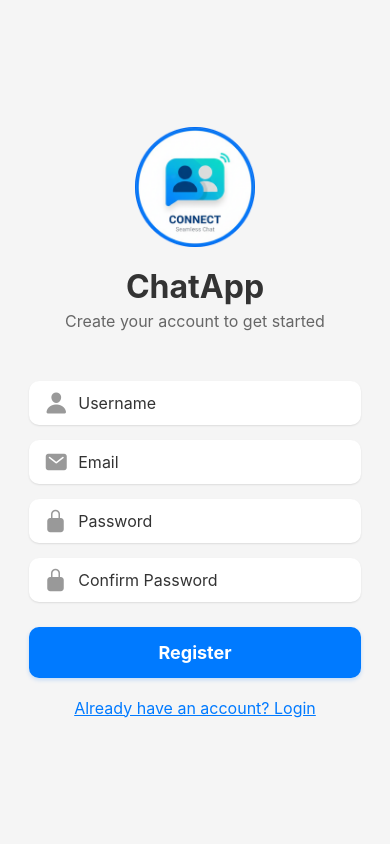
Repository: UdayRaj04/Chatapp_native
Screen: /Register (app in ChatAppFrontend/)
These files come from the project's save history. The screen is drawn as it stood at one moment and after the next save; the edit follows.
The app was drawn by React Native's web renderer in a window 390 px wide. The project was rebuilt for these pictures with package versions that can differ from the ones it lists, and the page was loaded fresh each time. Some packages were replaced by stand-ins written for this rebuild. Also part of the build but not shown: ChatAppFrontend/screens/ChatListScreen.tsx, ChatAppFrontend/screens/ChatScreen.tsx, ChatAppFrontend/screens/SearchScreen.tsx, ChatAppFrontend/screens/AnalyticsScreen.tsx, ChatAppFrontend/screens/HistoryScreen.tsx, ChatAppFrontend/screens/ProfileScreen.tsx.

Above is the screen before, as saved 2025-09-09 17:36:38.

### ChatAppFrontend/App.tsx
import 'react-native-get-random-values';  // Polyfill first
import React from 'react';
import { NavigationContainer } from '@react-navigation/native';
import { createStackNavigator } from '@react-navigation/stack';
import { createBottomTabNavigator } from '@react-navigation/bottom-tabs';
import { Ionicons } from '@expo/vector-icons';
import { LogBox, View } from 'react-native';
import { SafeAreaProvider } from 'react-native-safe-area-context';  // New: For dynamic insets

// Suppress warnings
LogBox.ignoreLogs([
  'Text strings must be rendered within a <Text> component',
  'VirtualizedList: You have a large list that is slow to initial render',
  'Require cycle:',
  /Warning: [A-Za-z ]*Text strings[A-Za-z ]*/,
]);

// Your existing screens
import LoginScreen from './screens/LoginScreen';
import RegisterScreen from './screens/RegisterScreen';
import ChatListScreen from './screens/ChatListScreen';
import ChatScreen from './screens/ChatScreen';

// Placeholder screens (ensure they exist)
import SearchScreen from './screens/SearchScreen';
import AnalyticsScreen from './screens/AnalyticsScreen';
import HistoryScreen from './screens/HistoryScreen';
import ProfileScreen from './screens/ProfileScreen';

const Stack = createStackNavigator();
const Tab = createBottomTabNavigator();

// Main Tab Navigator (enhanced with safe area for no overlap)
function MainTabs() {
  return (
    <Tab.Navigator
      screenOptions={({ route }) => ({
        tabBarIcon: ({ focused, color, size }) => {
          let iconName: keyof typeof Ionicons.glyphMap;

          if (route.name === 'Chats') {
            iconName = focused ? 'home' : 'home-outline';
          } else if (route.name === 'Search') {
            iconName = focused ? 'search' : 'search-outline';
          } else if (route.name === 'Analytics') {
            iconName = focused ? 'analytics' : 'analytics-outline';
          } else if (route.name === 'History') {
            iconName = focused ? 'time' : 'time-outline';
          } else {
            iconName = focused ? 'person' : 'person-outline';
          }

          return <Ionicons name={iconName} size={size} color={color} />;
        },
        tabBarActiveTintColor: '#007AFF',
        tabBarInactiveTintColor: '#8e8e93',
        tabBarStyle: {
          backgroundColor: '#f8f8f8',
          borderTopWidth: 0.5,
          borderTopColor: '#e0e0e0',
          elevation: 8,
          shadowColor: '#000',
          shadowOffset: { width: 0, height: -2 },
          shadowOpacity: 0.1,
          shadowRadius: 4,
          height: 70,  // Increased: Taller tab bar (60 was too tight; 70 + labels)
          paddingBottom: 5,  // Reduced top padding for balance
          paddingTop: 5,
          position: 'absolute',  // Explicit: Ensures absolute positioning
          bottom: 0,  // Pin to bottom
          left: 0,
          right: 0,
          marginBottom: 0,  // No extra margin
        },
        tabBarLabelStyle: {
          fontSize: 10,
          fontWeight: '600',
          marginBottom: 0,  // Tight labels
        },
        headerShown: false,
        lazy: true,
        // New: Apply safe area padding to tab screens (prevents overlap)
        cardStyle: { paddingBottom: 0 },  // No extra card padding
      })}
    >
      <Tab.Screen name="Chats" component={ChatListScreen} options={{ title: 'Home' }} />
      <Tab.Screen name="Search" component={SearchScreen} options={{ title: 'Search' }} />
      <Tab.Screen name="Analytics" component={AnalyticsScreen} options={{ title: 'Analytics' }} />
      <Tab.Screen name="History" component={HistoryScreen} options={{ title: 'History' }} />
      <Tab.Screen name="Profile" component={ProfileScreen} options={{ title: 'Profile' }} />
    </Tab.Navigator>
  );
}

// Main App - Wrapped in SafeAreaProvider
export default function App() {
  return (
    <SafeAreaProvider>  {/* New: Enables useSafeAreaInsets() */}
      <View style={{ flex: 1 }}>
        <NavigationContainer>
          <Stack.Navigator
            initialRouteName="Login"
            screenOptions={{
              headerShown: false,
              cardStyle: { backgroundColor: '#f5f5f5' },
            }}
          >
            <Stack.Screen name="Login" component={LoginScreen} />
            <Stack.Screen name="Register" component={RegisterScreen} />
            <Stack.Screen name="MainTabs" component={MainTabs} />
            <Stack.Screen
              name="Chat"
              component={ChatScreen}
              options={{
                headerShown: true,
                headerTitle: 'Chat',
                headerStyle: { backgroundColor: '#007AFF' },
                headerTintColor: '#fff',
                presentation: 'modal',
                // Hide tabs in chat to avoid overlap
                tabBarStyle: { display: 'none' },
              }}
            />
          </Stack.Navigator>
        </NavigationContainer>
      </View>
    </SafeAreaProvider>
  );
}

### ChatAppFrontend/screens/LoginScreen.tsx
import React, { useState } from 'react';
import {
  View,
  TextInput,
  TouchableOpacity,
  Text,
  StyleSheet,
  Alert,
  ActivityIndicator,
  KeyboardAvoidingView,
  Platform,
  Image,  // New: For logo
} from 'react-native';
import { Ionicons } from '@expo/vector-icons';  // For input icons
import { useSafeAreaInsets } from 'react-native-safe-area-context';  // For insets (provider in App.tsx)
import { useNavigation } from '@react-navigation/native';  // For navigation
import AsyncStorage from '@react-native-async-storage/async-storage';
import axios, { AxiosError } from 'axios';

const API_BASE = 'http://192.168.29.93:5000/api';

interface LoginResponse {
  token: string;
  user: {
    id?: string;
    _id?: string;
    username: string;
    email: string;
  };
}

export default function LoginScreen() {
  const [email, setEmail] = useState<string>('');
  const [password, setPassword] = useState<string>('');
  const [loading, setLoading] = useState<boolean>(false);
  const [emailError, setEmailError] = useState<string>('');
  const [passwordError, setPasswordError] = useState<string>('');
  const navigation = useNavigation<any>();
  const insets = useSafeAreaInsets();  // Use insets from root provider

  const validateEmail = (email: string): boolean => {
    const emailRegex = /^[^\s@]+@[^\s@]+\.[^\s@]+$/;
    if (!email) {
      setEmailError('Email is required');
      return false;
    }
    if (!emailRegex.test(email)) {
      setEmailError('Invalid email format');
      return false;
    }
    setEmailError('');
    return true;
  };

  const validatePassword = (password: string): boolean => {
    if (!password) {
      setPasswordError('Password is required');
      return false;
    }
    if (password.length < 6) {
      setPasswordError('Password must be at least 6 characters');
      return false;
    }
    setPasswordError('');
    return true;
  };

  const handleLogin = async (): Promise<void> => {
    if (!validateEmail(email) || !validatePassword(password)) return;

    setLoading(true);
    try {
      const response = await axios.post<LoginResponse>(`${API_BASE}/auth/login`, {
        email,
        password,
      });
      await AsyncStorage.setItem('token', response.data.token);
      await AsyncStorage.setItem('user', JSON.stringify(response.data.user));
      navigation.replace('MainTabs');  // Navigate to tabs on success
    } catch (err) {
      const error = err as AxiosError;
      Alert.alert('Login Failed', error.response?.data?.error || 'Invalid credentials');
    } finally {
      setLoading(false);
    }
  };

  return (
    <KeyboardAvoidingView
      style={[styles.container, { paddingTop: insets.top }]}
      behavior={Platform.OS === 'ios' ? 'padding' : 'height'}
      enabled={true}
    >
      {/* Title with Logo */}
      <View style={styles.titleContainer}>
        {/* New: Bigger Logo */}
        <Image
          source={require('../assets/logos.png')}  // Adjust path if needed (e.g., '../../assets/logo.png')
          style={styles.logo}
          resizeMode="contain"
        />
        <Text style={styles.title}>Seamless Chat</Text>
        <Text style={styles.subtitle}>Welcome back! Sign in to continue</Text>
      </View>

      {/* Form */}
      <View style={styles.formContainer}>
        {/* Email Input */}
        <View style={styles.inputContainer}>
          <Ionicons name="mail" size={24} color="#999" style={styles.inputIcon} />
          <TextInput
            style={[styles.input, emailError ? styles.inputError : null]}
            value={email}
            onChangeText={(text) => {
              setEmail(text);
              if (emailError) validateEmail(text);
            }}
            placeholder="Email"
            keyboardType="email-address"
            autoCapitalize="none"
            onBlur={() => validateEmail(email)}
          />
        </View>
        {emailError ? <Text style={styles.errorText}>{emailError}</Text> : null}

        {/* Password Input */}
        <View style={styles.inputContainer}>
          <Ionicons name="lock-closed" size={24} color="#999" style={styles.inputIcon} />
          <TextInput
            style={[styles.input, passwordError ? styles.inputError : null]}
            value={password}
            onChangeText={(text) => {
              setPassword(text);
              if (passwordError) validatePassword(text);
            }}
            placeholder="Password"
            secureTextEntry={true}
            onBlur={() => validatePassword(password)}
          />
        </View>
        {passwordError ? <Text style={styles.errorText}>{passwordError}</Text> : null}

        {/* Login Button */}
        <TouchableOpacity
          style={[styles.button, loading ? styles.buttonDisabled : null]}
          onPress={handleLogin}
          disabled={loading}
          activeOpacity={0.7}
        >
          {loading ? (
            <ActivityIndicator size="small" color="#fff" />
          ) : (
            <Text style={styles.buttonText}>Login</Text>
          )}
        </TouchableOpacity>

        {/* Register Link */}
        <TouchableOpacity
          style={styles.linkContainer}
          onPress={() => navigation.navigate('Register')}
        >
          <Text style={styles.linkText}>Don't have an account? Register</Text>
        </TouchableOpacity>
      </View>
    </KeyboardAvoidingView>
  );
}

const styles = StyleSheet.create({
  container: {
    flex: 1,
    backgroundColor: '#f5f5f5',
    justifyContent: 'center',
    alignItems: 'center',
  },
  titleContainer: {
    alignItems: 'center',
    marginBottom: 50,  // Increased: More space after logo/title to form
  },
  // New: Logo Style (Bigger, Centered)
  logo: {
    width: 120,  // Bigger size - adjust as needed (e.g., 100 for smaller)
    height: 120,
    marginBottom: 20,  // Space between logo and title
    alignSelf: 'center',
  },
  title: {
    fontSize: 32,
    fontWeight: 'bold',
    color: '#333',
    marginBottom: 5,
  },
  subtitle: {
    fontSize: 16,
    color: '#666',
    textAlign: 'center',
  },
  formContainer: {
    width: '85%',  // Responsive width
    alignItems: 'center',
  },
  inputContainer: {
    flexDirection: 'row',
    alignItems: 'center',
    backgroundColor: '#fff',
    borderRadius: 10,
    marginBottom: 15,
    paddingHorizontal: 15,
    elevation: 2,
    shadowColor: '#000',
    shadowOffset: { width: 0, height: 1 },
    shadowOpacity: 0.1,
    shadowRadius: 2,
    width: '100%',
  },
  inputIcon: {
    marginRight: 10,
  },
  input: {
    flex: 1,
    paddingVertical: 12,
    fontSize: 16,
    color: '#333',
  },
  inputError: {
    borderWidth: 1,
    borderColor: '#ff6b6b',
  },
  errorText: {
    color: '#ff6b6b',
    fontSize: 12,
    marginBottom: 10,
    alignSelf: 'flex-start',
  },
  button: {
    backgroundColor: '#007AFF',
    borderRadius: 10,
    paddingVertical: 15,
    width: '100%',
    alignItems: 'center',
    marginTop: 10,
    elevation: 2,
    shadowColor: '#007AFF',
    shadowOffset: { width: 0, height: 2 },
    shadowOpacity: 0.2,
    shadowRadius: 4,
  },
  buttonDisabled: {
    backgroundColor: '#ccc',
  },
  buttonText: {
    color: '#fff',
    fontSize: 18,
    fontWeight: 'bold',
  },
  linkContainer: {
    marginTop: 20,
    alignItems: 'center',
  },
  linkText: {
    color: '#007AFF',
    fontSize: 16,
    textDecorationLine: 'underline',
  },
});

### ChatAppFrontend/screens/RegisterScreen.tsx
import React, { useState } from 'react';
import {
  View,
  TextInput,
  TouchableOpacity,
  Text,
  StyleSheet,
  Alert,
  ActivityIndicator,
  KeyboardAvoidingView,
  Platform,
  Image,  // New: For logo
} from 'react-native';
import { Ionicons } from '@expo/vector-icons';  // For input icons
import { useSafeAreaInsets } from 'react-native-safe-area-context';  // For insets (provider in App.tsx)
import { useNavigation } from '@react-navigation/native';  // For navigation
import AsyncStorage from '@react-native-async-storage/async-storage';
import axios, { AxiosError } from 'axios';

const API_BASE = 'http://192.168.29.93:5000/api';

interface RegisterResponse {
  token: string;
  user: {
    id?: string;
    _id?: string;
    username: string;
    email: string;
  };
}

export default function RegisterScreen() {
  const [username, setUsername] = useState<string>('');
  const [email, setEmail] = useState<string>('');
  const [password, setPassword] = useState<string>('');
  const [confirmPassword, setConfirmPassword] = useState<string>('');
  const [loading, setLoading] = useState<boolean>(false);
  const [usernameError, setUsernameError] = useState<string>('');
  const [emailError, setEmailError] = useState<string>('');
  const [passwordError, setPasswordError] = useState<string>('');
  const [confirmPasswordError, setConfirmPasswordError] = useState<string>('');
  const navigation = useNavigation<any>();
  const insets = useSafeAreaInsets();  // Use insets from root provider

  const validateUsername = (username: string): boolean => {
    if (!username) {
      setUsernameError('Username is required');
      return false;
    }
    if (username.length < 3) {
      setUsernameError('Username must be at least 3 characters');
      return false;
    }
    setUsernameError('');
    return true;
  };

  const validateEmail = (email: string): boolean => {
    const emailRegex = /^[^\s@]+@[^\s@]+\.[^\s@]+$/;
    if (!email) {
      setEmailError('Email is required');
      return false;
    }
    if (!emailRegex.test(email)) {
      setEmailError('Invalid email format');
      return false;
    }
    setEmailError('');
    return true;
  };

  const validatePassword = (password: string): boolean => {
    if (!password) {
      setPasswordError('Password is required');
      return false;
    }
    if (password.length < 6) {
      setPasswordError('Password must be at least 6 characters');
      return false;
    }
    setPasswordError('');
    return true;
  };

  const validateConfirmPassword = (confirmPassword: string): boolean => {
    if (!confirmPassword) {
      setConfirmPasswordError('Please confirm your password');
      return false;
    }
    if (confirmPassword !== password) {
      setConfirmPasswordError('Passwords do not match');
      return false;
    }
    setConfirmPasswordError('');
    return true;
  };

  const handleRegister = async (): Promise<void> => {
    if (!validateUsername(username) || !validateEmail(email) || !validatePassword(password) || !validateConfirmPassword(confirmPassword)) return;

    setLoading(true);
    try {
      const response = await axios.post<RegisterResponse>(`${API_BASE}/auth/register`, {
        username,
        email,
        password,
      });
      await AsyncStorage.setItem('token', response.data.token);
      await AsyncStorage.setItem('user', JSON.stringify(response.data.user));
      Alert.alert('Success', 'Account created! Logging in...');
      navigation.replace('MainTabs');  // Navigate to tabs on success
    } catch (err) {
      const error = err as AxiosError;
      Alert.alert('Registration Failed', error.response?.data?.error || 'Registration failed');
    } finally {
      setLoading(false);
    }
  };

  return (
    <KeyboardAvoidingView
      style={[styles.container, { paddingTop: insets.top }]}
      behavior={Platform.OS === 'ios' ? 'padding' : 'height'}
      enabled={true}
    >
      {/* Title with Logo */}
      <View style={styles.titleContainer}>
        {/* New: Bigger Logo */}
        <Image
          source={require('../assets/logos.png')}  // Adjust path if needed (e.g., '../../assets/logo.png')
          style={styles.logo}
          resizeMode="contain"
        />
        <Text style={styles.title}>ChatApp</Text>
        <Text style={styles.subtitle}>Create your account to get started</Text>
      </View>

      {/* Form */}
      <View style={styles.formContainer}>
        {/* Username Input */}
        <View style={styles.inputContainer}>
          <Ionicons name="person" size={24} color="#999" style={styles.inputIcon} />
          <TextInput
            style={[styles.input, usernameError ? styles.inputError : null]}
            value={username}
            onChangeText={(text) => {
              setUsername(text);
              if (usernameError) validateUsername(text);
            }}
            placeholder="Username"
            autoCapitalize="none"
            onBlur={() => validateUsername(username)}
          />
        </View>
        {usernameError ? <Text style={styles.errorText}>{usernameError}</Text> : null}

        {/* Email Input */}
        <View style={styles.inputContainer}>
          <Ionicons name="mail" size={24} color="#999" style={styles.inputIcon} />
          <TextInput
            style={[styles.input, emailError ? styles.inputError : null]}
            value={email}
            onChangeText={(text) => {
              setEmail(text);
              if (emailError) validateEmail(text);
            }}
            placeholder="Email"
            keyboardType="email-address"
            autoCapitalize="none"
            onBlur={() => validateEmail(email)}
          />
        </View>
        {emailError ? <Text style={styles.errorText}>{emailError}</Text> : null}

        {/* Password Input */}
        <View style={styles.inputContainer}>
          <Ionicons name="lock-closed" size={24} color="#999" style={styles.inputIcon} />
          <TextInput
            style={[styles.input, passwordError ? styles.inputError : null]}
            value={password}
            onChangeText={(text) => {
              setPassword(text);
              if (passwordError) validatePassword(text);
              if (confirmPasswordError) validateConfirmPassword(confirmPassword);
            }}
            placeholder="Password"
            secureTextEntry={true}
            onBlur={() => validatePassword(password)}
          />
        </View>
        {passwordError ? <Text style={styles.errorText}>{passwordError}</Text> : null}

        {/* Confirm Password Input */}
        <View style={styles.inputContainer}>
          <Ionicons name="lock-closed" size={24} color="#999" style={styles.inputIcon} />
          <TextInput
            style={[styles.input, confirmPasswordError ? styles.inputError : null]}
            value={confirmPassword}
            onChangeText={(text) => {
              setConfirmPassword(text);
              if (confirmPasswordError) validateConfirmPassword(text);
            }}
            placeholder="Confirm Password"
            secureTextEntry={true}
            onBlur={() => validateConfirmPassword(confirmPassword)}
          />
        </View>
        {confirmPasswordError ? <Text style={styles.errorText}>{confirmPasswordError}</Text> : null}

        {/* Register Button */}
        <TouchableOpacity
          style={[styles.button, loading ? styles.buttonDisabled : null]}
          onPress={handleRegister}
          disabled={loading}
          activeOpacity={0.7}
        >
          {loading ? (
            <ActivityIndicator size="small" color="#fff" />
          ) : (
            <Text style={styles.buttonText}>Register</Text>
          )}
        </TouchableOpacity>

        {/* Login Link */}
        <TouchableOpacity
          style={styles.linkContainer}
          onPress={() => navigation.navigate('Login')}
        >
          <Text style={styles.linkText}>Already have an account? Login</Text>
        </TouchableOpacity>
      </View>
    </KeyboardAvoidingView>
  );
}

const styles = StyleSheet.create({
  container: {
    flex: 1,
    backgroundColor: '#f5f5f5',
    justifyContent: 'center',
    alignItems: 'center',
  },
  titleContainer: {
    alignItems: 'center',
    marginBottom: 50,  // Increased: More space after logo/title to form
  },
  // New: Logo Style (Bigger, Centered)
  logo: {
    width: 120,  // Bigger size - adjust as needed (e.g., 100 for smaller)
    height: 120,
    marginBottom: 20,  // Space between logo and title
    alignSelf: 'center',
  },
  title: {
    fontSize: 32,
    fontWeight: 'bold',
    color: '#333',
    marginBottom: 5,
  },
  subtitle: {
    fontSize: 16,
    color: '#666',
    textAlign: 'center',
  },
  formContainer: {
    width: '85%',  // Responsive width
    alignItems: 'center',
  },
  inputContainer: {
    flexDirection: 'row',
    alignItems: 'center',
    backgroundColor: '#fff',
    borderRadius: 10,
    marginBottom: 15,
    paddingHorizontal: 15,
    elevation: 2,
    shadowColor: '#000',
    shadowOffset: { width: 0, height: 1 },
    shadowOpacity: 0.1,
    shadowRadius: 2,
    width: '100%',
  },
  inputIcon: {
    marginRight: 10,
  },
  input: {
    flex: 1,
    paddingVertical: 12,
    fontSize: 16,
    color: '#333',
  },
  inputError: {
    borderWidth: 1,
    borderColor: '#ff6b6b',
  },
  errorText: {
    color: '#ff6b6b',
    fontSize: 12,
    marginBottom: 10,
    alignSelf: 'flex-start',
  },
  button: {
    backgroundColor: '#007AFF',
    borderRadius: 10,
    paddingVertical: 15,
    width: '100%',
    alignItems: 'center',
    marginTop: 10,
    elevation: 2,
    shadowColor: '#007AFF',
    shadowOffset: { width: 0, height: 2 },
    shadowOpacity: 0.2,
    shadowRadius: 4,
  },
  buttonDisabled: {
    backgroundColor: '#ccc',
  },
  buttonText: {
    color: '#fff',
    fontSize: 18,
    fontWeight: 'bold',
  },
  linkContainer: {
    marginTop: 20,
    alignItems: 'center',
  },
  linkText: {
    color: '#007AFF',
    fontSize: 16,
    textDecorationLine: 'underline',
  },
});

Loaded but not shown: ChatAppFrontend/index.ts (common file)

After the next save:
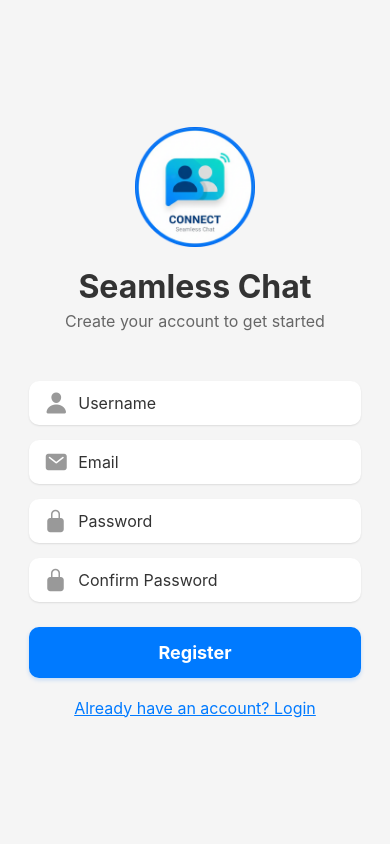
Saved 6 s later.
--- a/ChatAppFrontend/screens/RegisterScreen.tsx
+++ b/ChatAppFrontend/screens/RegisterScreen.tsx
@@ -131,7 +131,7 @@ export default function RegisterScreen() {
           style={styles.logo}
           resizeMode="contain"
         />
-        <Text style={styles.title}>ChatApp</Text>
+        <Text style={styles.title}>Seamless Chat</Text>
         <Text style={styles.subtitle}>Create your account to get started</Text>
       </View>
 
